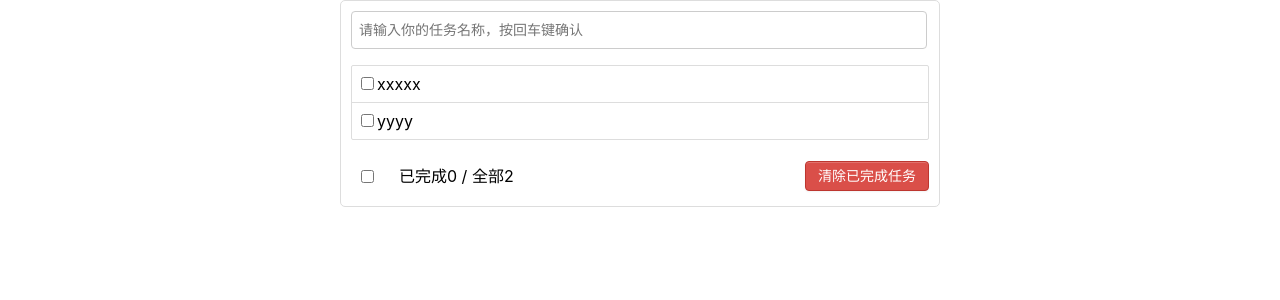
Repository: 0118Inory/react_bases
Page: /
The author's editor kept a copy of each file at every save. The page is drawn from the files as they stood at one save, then again after the next save.
The browser window is 1280 px wide. The pictures show the whole page.
The project was rebuilt for these pictures with package versions that can differ from the ones it lists, and the page was loaded fresh each time.

Above is the page before, as saved 2022-03-01 10:34:44.

After the next save:
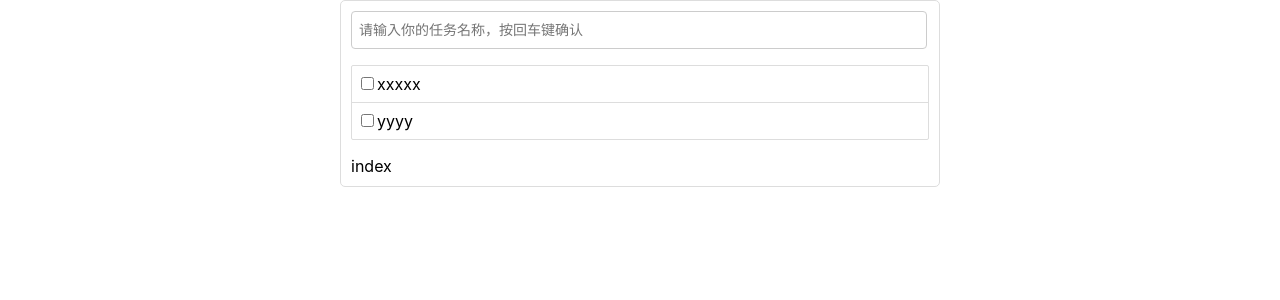
Saved 101 s later.
--- a/src/App.js
+++ b/src/App.js
@@ -1,6 +1,8 @@
 import React, { Component } from "react";
 import "./App.css";
 import Header from './components/Header'
+import List from './components/List'
+import Footer from './components/Footer'
 
 export default class App extends Component {
   render() {
@@ -9,35 +11,8 @@ export default class App extends Component {
         <div className="todo-container">
           <div className="todo-wrap">
            <Header/>
-            <ul className="todo-main">
-              <li>
-                <label>
-                  <input type="checkbox" />
-                  <span>xxxxx</span>
-                </label>
-                <button className="btn btn-danger" style={{display:'none'}}>
-                  删除
-                </button>
-              </li>
-              <li>
-                <label>
-                  <input type="checkbox" />
-                  <span>yyyy</span>
-                </label>
-                <button className="btn btn-danger" style={{display:'none'}}>
-                  删除
-                </button>
-              </li>
-            </ul>
-            <div className="todo-footer">
-              <label>
-                <input type="checkbox" />
-              </label>
-              <span>
-                <span>已完成0</span> / 全部2
-              </span>
-              <button className="btn btn-danger">清除已完成任务</button>
-            </div>
+           <List/>
+            <Footer/>
           </div>
         </div>
       </div>
